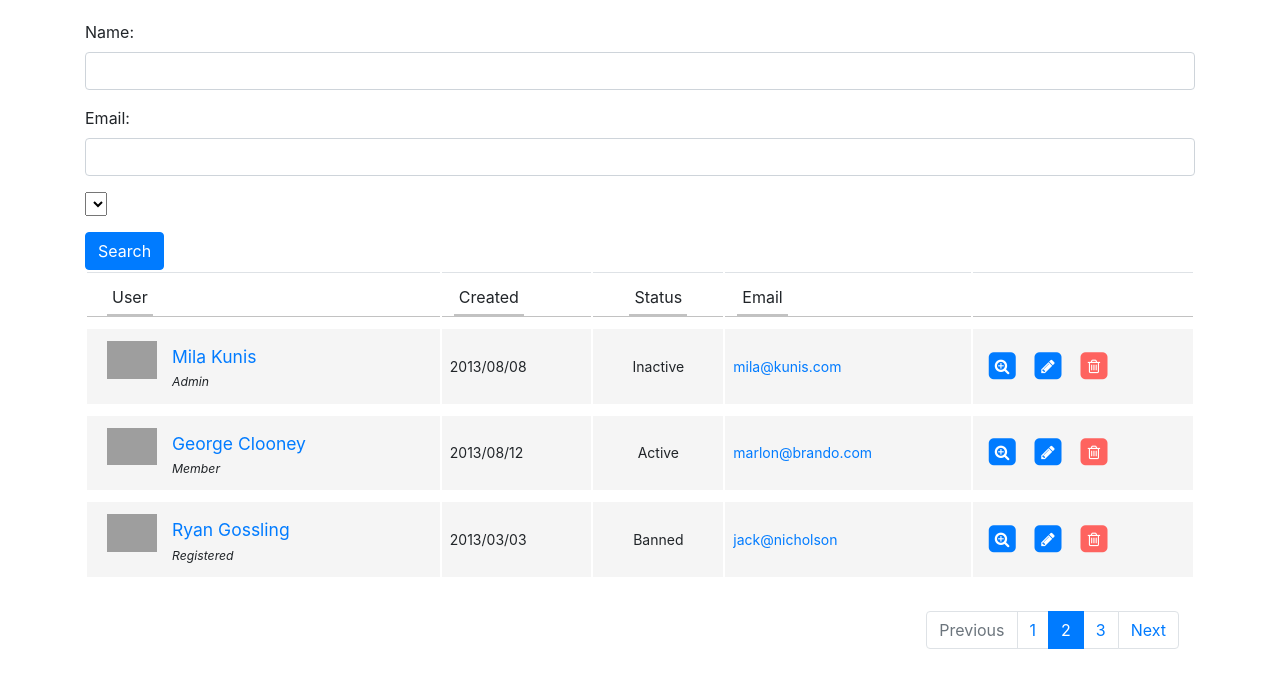
Repository: tienhoang123/Demo
Page: http://localhost/User/WEB-INF/views/user/list.jsp
These files come from the project's save history. The page is drawn as it stood at one moment and after the next save; the edit follows.
The browser window is 1280 px wide. The pictures show the whole page.
Pictures or frames that could not be fetched are drawn as grey boxes. Some web libraries are served in a nearby version. The page is served by Tomcat 9. Nobody is signed in. Other server files are loaded and not shown. The template is opened directly, without the code that normally fills it, so the values that code supplies are empty.

Above is the page before, as saved 2019-10-14 09:18:05.
Console error: TypeError: Cannot read properties of undefined (reading 'fn')

### DemoCrud/User/src/main/webapp/WEB-INF/views/user/list.jsp
<%@ page language="java" contentType="text/html; charset=UTF-8"
	pageEncoding="UTF-8"%><!DOCTYPE html>
<%@ taglib uri="http://java.sun.com/jsp/jstl/core" prefix="c"%>
<%@ taglib prefix="form" uri="http://www.springframework.org/tags/form"%>
<%@ taglib prefix="fmt" uri="http://java.sun.com/jsp/jstl/fmt"%>
<c:url var="formUrl" value="/home"/>
<html>
<head>
<meta http-equiv="Content-Type" content="text/html; charset=UTF-8">
<title>Home</title>
<link
	href="https://maxcdn.bootstrapcdn.com/font-awesome/4.3.0/css/font-awesome.min.css"
	rel="stylesheet">
<link
	href="<c:url value='/resources/css/boostrapcss/bootstrap.min.css' />"
	rel="stylesheet" id="bootstrap-css">
<script
	src="<c:url value='/resources/js/bootstrapjs/bootstrap.min.js' />"></script>
<script
	src="https://ajax.googleapis.com/ajax/libs/jquery/3.4.1/jquery.min.js"></script>
<link href="<c:url value='/resources/css/home.css' />" rel="stylesheet">
</head>
<body>
	<div class="container">
		<div class="row">
			<div class="col-lg-12">
				<div class="main-box clearfix">
					<div class="table-responsive">
						<form:form commandName="model" action="${formUrl}" id="listForm"
							method="GET">
							<div class="form-group">
								<label for="usr">Name:</label>
								<form:input path="userName" cssClass="form-control" id="usr"
									name="username" />
							</div>
							<div class="form-group">
								<label for="pwd">Email:</label>
								<form:input path="email" cssClass="form-control" id="usr"
									name="email" />
							</div>
							<div class="form-group">

								<form:select path="maxPageItems" id="maxitem"
									cssClass="mdb-select md-form">
									 <form:options items="${model.changeRecord}" />
								</form:select>
							</div>
							<button id = "btnSearch" type="submit" class="btn btn-primary">Search</button>

						</form:form>
						<table class="table user-list">
							<thead>
								<tr>
									<th><span>User</span></th>
									<th><span>Created</span></th>
									<th class="text-center"><span>Status</span></th>
									<th><span>Email</span></th>
									<th>&nbsp;</th>
								</tr>
							</thead>
							<tbody>
								<tr>
									<td><img
										src="https://bootdey.com/img/Content/avatar/avatar1.png"
										alt=""> <a href="#" class="user-link">Mila Kunis</a> <span
										class="user-subhead">Admin</span></td>
									<td>2013/08/08</td>
									<td class="text-center"><span class="label label-default">Inactive</span>
									</td>
									<td><a href="#">mila@kunis.com</a></td>
									<td style="width: 20%;"><a href="#" class="table-link">
											<span class="fa-stack"> <i
												class="fa fa-square fa-stack-2x"></i> <i
												class="fa fa-search-plus fa-stack-1x fa-inverse"></i>
										</span>
									</a> <a href="#" class="table-link"> <span class="fa-stack">
												<i class="fa fa-square fa-stack-2x"></i> <i
												class="fa fa-pencil fa-stack-1x fa-inverse"></i>
										</span>
									</a> <a href="#" class="table-link danger"> <span
											class="fa-stack"> <i class="fa fa-square fa-stack-2x"></i>
												<i class="fa fa-trash-o fa-stack-1x fa-inverse"></i>
										</span>
									</a></td>
								</tr>
								<tr>
									<td><img
										src="https://bootdey.com/img/Content/avatar/avatar2.png"
										alt=""> <a href="#" class="user-link">George Clooney</a>
										<span class="user-subhead">Member</span></td>
									<td>2013/08/12</td>
									<td class="text-center"><span class="label label-success">Active</span>
									</td>
									<td><a href="#">marlon@brando.com</a></td>
									<td style="width: 20%;"><a href="#" class="table-link">
											<span class="fa-stack"> <i
												class="fa fa-square fa-stack-2x"></i> <i
												class="fa fa-search-plus fa-stack-1x fa-inverse"></i>
										</span>
									</a> <a href="#" class="table-link"> <span class="fa-stack">
												<i class="fa fa-square fa-stack-2x"></i> <i
												class="fa fa-pencil fa-stack-1x fa-inverse"></i>
										</span>
									</a> <a href="#" class="table-link danger"> <span
											class="fa-stack"> <i class="fa fa-square fa-stack-2x"></i>
												<i class="fa fa-trash-o fa-stack-1x fa-inverse"></i>
										</span>
									</a></td>
								</tr>
								<tr>
									<td><img
										src="https://bootdey.com/img/Content/avatar/avatar3.png"
										alt=""> <a href="#" class="user-link">Ryan Gossling</a>
										<span class="user-subhead">Registered</span></td>
									<td>2013/03/03</td>
									<td class="text-center"><span class="label label-danger">Banned</span>
									</td>
									<td><a href="#">jack@nicholson</a></td>
									<td style="width: 20%;"><a href="#" class="table-link">
											<span class="fa-stack"> <i
												class="fa fa-square fa-stack-2x"></i> <i
												class="fa fa-search-plus fa-stack-1x fa-inverse"></i>
										</span>
									</a> <a href="#" class="table-link"> <span class="fa-stack">
												<i class="fa fa-square fa-stack-2x"></i> <i
												class="fa fa-pencil fa-stack-1x fa-inverse"></i>
										</span>
									</a> <a href="#" class="table-link danger"> <span
											class="fa-stack"> <i class="fa fa-square fa-stack-2x"></i>
												<i class="fa fa-trash-o fa-stack-1x fa-inverse"></i>
										</span>
									</a></td>
								</tr>
							</tbody>
						</table>
					</div>

					<nav aria-label="...">
						<ul class="pagination justify-content-end mt-3 mr-3">
							<li class="page-item disabled"><span class="page-link">Previous</span>
							</li>

							<li class="page-item"><a class="page-link" href="#">1</a></li>
							<li class="page-item active"><span class="page-link">2<span
									class="sr-only">(current)</span>
							</span></li>
							<li class="page-item"><a class="page-link" href="#">3</a></li>
							<li class="page-item"><a class="page-link" href="#">Next</a>
							</li>
						</ul>
					</nav>


				</div>
			</div>
		</div>
	</div>
</body>
</html>

### DemoCrud/User/src/main/webapp/resources/css/home.css

body{margin-top:20px;}


/* USER LIST TABLE */
.user-list tbody td > img {
    position: relative;
	max-width: 50px;
	float: left;
	margin-right: 15px;
}
.user-list tbody td .user-link {
	display: block;
	font-size: 1.25em;
	padding-top: 3px;
	margin-left: 60px;
}
.user-list tbody td .user-subhead {
	font-size: 0.875em;
	font-style: italic;
}

/* TABLES */
.table {
    border-collapse: separate;
}
.table-hover > tbody > tr:hover > td,
.table-hover > tbody > tr:hover > th {
	background-color: #eee;
}
.table thead > tr > th {
	border-bottom: 1px solid #C2C2C2;
	padding-bottom: 0;
}
.table tbody > tr > td {
	font-size: 0.875em;
	background: #f5f5f5;
	border-top: 10px solid #fff;
	vertical-align: middle;
	padding: 12px 8px;
}
.table tbody > tr > td:first-child,
.table thead > tr > th:first-child {
	padding-left: 20px;
}
.table thead > tr > th span {
	border-bottom: 2px solid #C2C2C2;
	display: inline-block;
	padding: 0 5px;
	padding-bottom: 5px;
	font-weight: normal;
}
.table thead > tr > th > a span {
	color: #344644;
}
.table thead > tr > th > a span:after {
	content: "\f0dc";
	font-family: FontAwesome;
	font-style: normal;
	font-weight: normal;
	text-decoration: inherit;
	margin-left: 5px;
	font-size: 0.75em;
}
.table thead > tr > th > a.asc span:after {
	content: "\f0dd";
}
.table thead > tr > th > a.desc span:after {
	content: "\f0de";
}
.table thead > tr > th > a:hover span {
	text-decoration: none;
	color: #2bb6a3;
	border-color: #2bb6a3;
}
.table.table-hover tbody > tr > td {
	-webkit-transition: background-color 0.15s ease-in-out 0s;
	transition: background-color 0.15s ease-in-out 0s;
}
.table tbody tr td .call-type {
	display: block;
	font-size: 0.75em;
	text-align: center;
}
.table tbody tr td .first-line {
	line-height: 1.5;
	font-weight: 400;
	font-size: 1.125em;
}
.table tbody tr td .first-line span {
	font-size: 0.875em;
	color: #969696;
	font-weight: 300;
}
.table tbody tr td .second-line {
	font-size: 0.875em;
	line-height: 1.2;
}
.table a.table-link {
	margin: 0 5px;
	font-size: 1.125em;
}
.table a.table-link:hover {
	text-decoration: none;
	color: #2aa493;
}
.table a.table-link.danger {
	color: #fe635f;
}
.table a.table-link.danger:hover {
	color: #dd504c;
}

.table-products tbody > tr > td {
	background: none;
	border: none;
	border-bottom: 1px solid #ebebeb;
	-webkit-transition: background-color 0.15s ease-in-out 0s;
	transition: background-color 0.15s ease-in-out 0s;
	position: relative;
}
.table-products tbody > tr:hover > td {
	text-decoration: none;
	background-color: #f6f6f6;
}
.table-products .name {
	display: block;
	font-weight: 600;
	padding-bottom: 7px;
}
.table-products .price {
	display: block;
	text-decoration: none;
	width: 50%;
	float: left;
	font-size: 0.875em;
}
.table-products .price > i {
	color: #8dc859;
}
.table-products .warranty {
	display: block;
	text-decoration: none;
	width: 50%;
	float: left;
	font-size: 0.875em;
}
.table-products .warranty > i {
	color: #f1c40f;
}
.table tbody > tr.table-line-fb > td {
	background-color: #9daccb;
	color: #262525;
}
.table tbody > tr.table-line-twitter > td {
	background-color: #9fccff;
	color: #262525;
}
.table tbody > tr.table-line-plus > td {
	background-color: #eea59c;
	color: #262525;
}
.table-stats .status-social-icon {
	font-size: 1.9em;
	vertical-align: bottom;
}
.table-stats .table-line-fb .status-social-icon {
	color: #556484;
}
.table-stats .table-line-twitter .status-social-icon {
	color: #5885b8;
}
.table-stats .table-line-plus .status-social-icon {
	color: #a75d54;
}

Loaded but not shown: DemoCrud/User/src/main/webapp/resources/css/boostrapcss/bootstrap.min.css (library); DemoCrud/User/src/main/webapp/resources/js/boostrapjs/bootstrap.min.js (library)

After the next save:
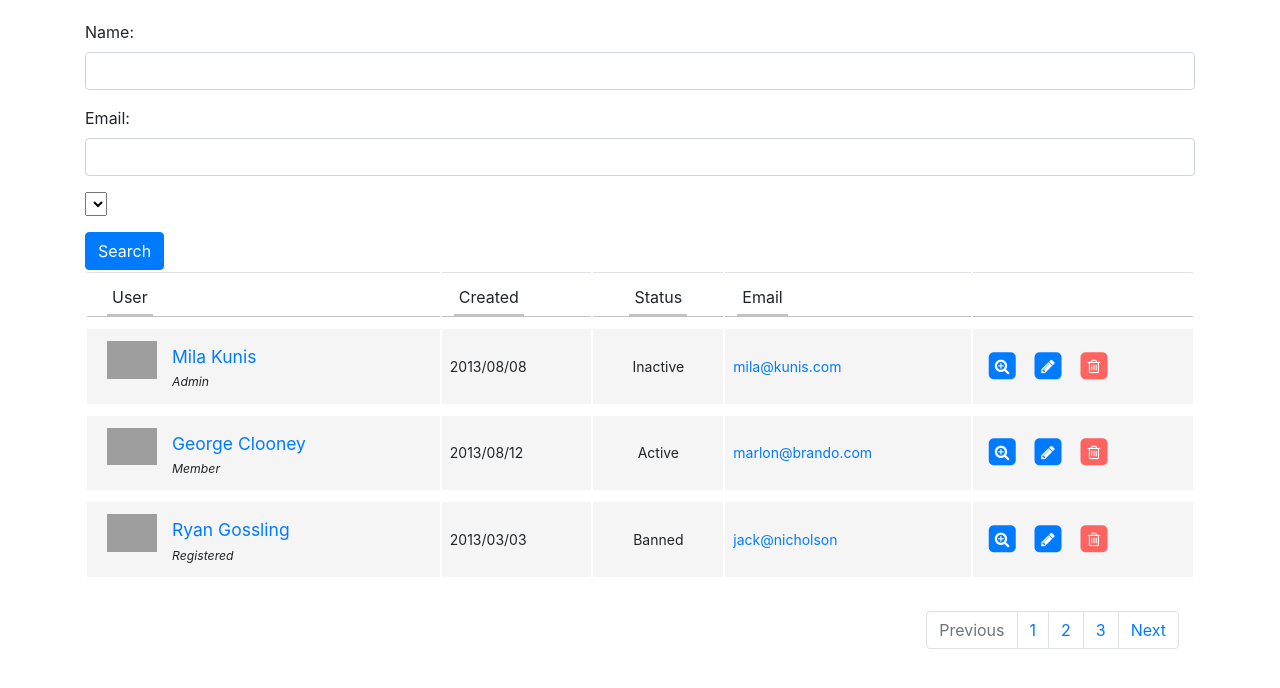
Saved 19 s later.
--- a/DemoCrud/User/src/main/webapp/WEB-INF/views/user/list.jsp
+++ b/DemoCrud/User/src/main/webapp/WEB-INF/views/user/list.jsp
@@ -141,7 +141,7 @@
 							</li>
 
 							<li class="page-item"><a class="page-link" href="#">1</a></li>
-							<li class="page-item active"><span class="page-link">2<span
+							<li class="page-item"><span class="page-link">2<span
 									class="sr-only">(current)</span>
 							</span></li>
 							<li class="page-item"><a class="page-link" href="#">3</a></li>
